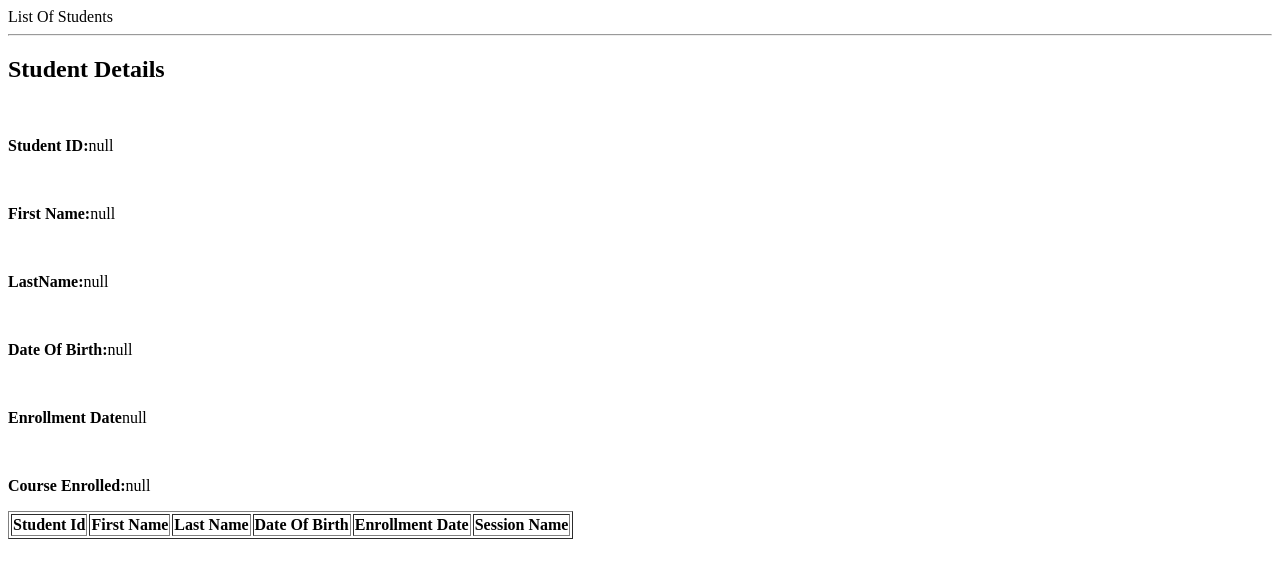
Repository: harshithkandula/Myfirstpractice
Page: http://localhost/ServletDemoJdbc/students
An editor plug-in stored every save of this project. The page is shown before and after the next save, followed by the edit.
The browser window is 1280 px wide. The pictures show the whole page.
The page is served by Tomcat 10. Queries for data that is not in the repository find no rows.

Above is the page before, as saved 2024-02-12 09:59:40.

After the next save:
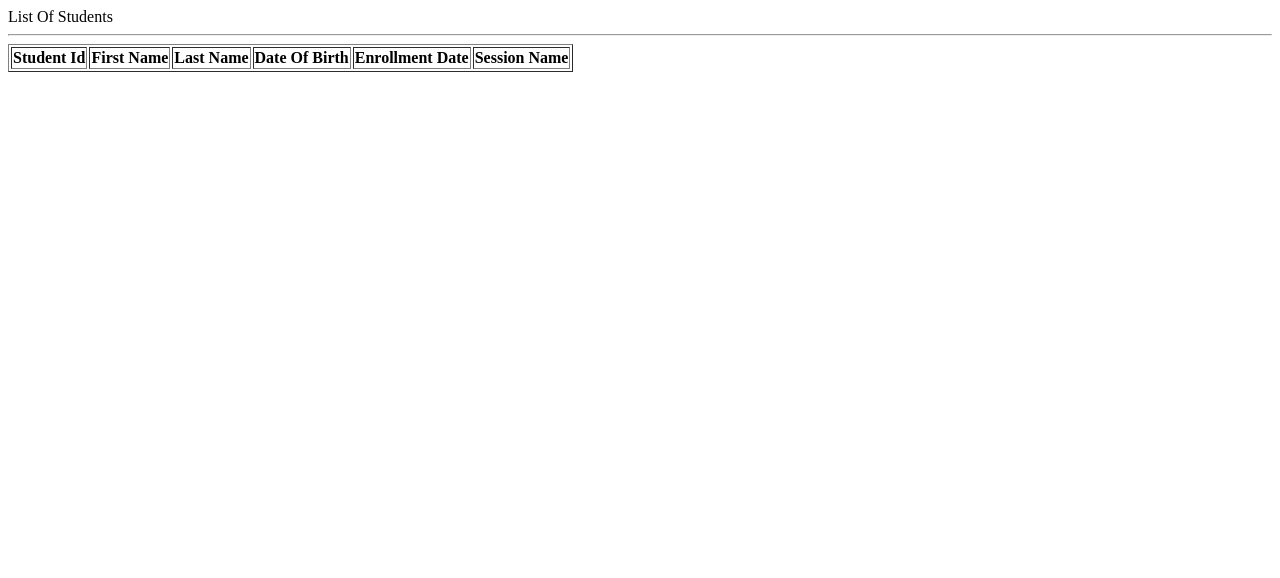
Saved 21 s later.
--- a/ServletDemoJdbc/src/main/java/com/cms/JdbcQueryServletDemo.java
+++ b/ServletDemoJdbc/src/main/java/com/cms/JdbcQueryServletDemo.java
@@ -72,20 +72,7 @@ public class JdbcQueryServletDemo extends HttpServlet {
 
 			}
 
-			String stuid = request.getParameter("stid");
-			String fname = request.getParameter("fn");
-			String lname = request.getParameter("ln");
-			String dob = request.getParameter("dob");
-			String ed = request.getParameter("ed");
-			String course =request.getParameter("c");
 
-			out.println("<h2>Student Details</h2><br>");
-			out.println("<p><b>Student ID:</b>"+stuid+"</p><br>");
-			out.println("<p><b>First Name:</b>"+fname+"</p><br>");
-			out.println("<p><b>LastName:</b>"+lname+"</p><br>");
-			out.println("<p><b>Date Of Birth:</b>"+dob+"</p><br>");
-			out.println("<p><b>Enrollment Date</b>"+ed+"</p><br>");
-			out.println("<p><b>Course Enrolled:</b>"+course+"</p>");
 			out.close();
 		}catch(Exception e) {
 			e.printStackTrace();
